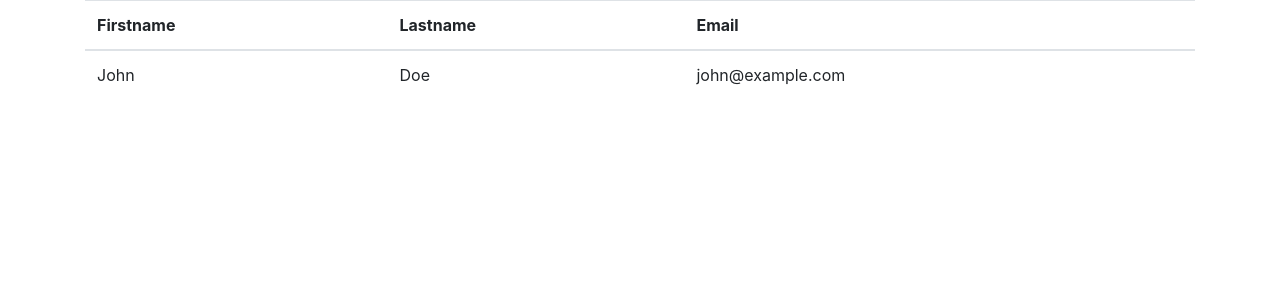
Repository: mijeon/jsp_workspace
Page: http://localhost/MVCApp3/emp/list.jsp
An editor plug-in stored every save of this project. The page is shown before and after the next save, followed by the edit.
The browser window is 1280 px wide. The pictures show the whole page.
The page is served by Tomcat 9. Other server files are loaded and not shown.

Above is the page before, as saved 2023-02-07 02:43:34.

### MVCApp3/src/main/webapp/emp/list.jsp
<%@ page contentType="text/html;charset=UTF-8"%>
<!DOCTYPE html>
<html>
<head>
<meta charset="UTF-8">
<title>Insert title here</title>
<!-- Latest compiled and minified CSS -->
<link rel="stylesheet" href="https://cdn.jsdelivr.net/npm/bootstrap@4.6.2/dist/css/bootstrap.min.css">
<!-- jQuery library -->
<script src="https://ajax.googleapis.com/ajax/libs/jquery/3.6.1/jquery.min.js"></script>
<!-- Popper JS -->
<script src="https://cdn.jsdelivr.net/npm/popper.js@1.16.1/dist/umd/popper.min.js"></script>
<!-- Latest compiled JavaScript -->
<script src="https://cdn.jsdelivr.net/npm/bootstrap@4.6.2/dist/js/bootstrap.bundle.min.js"></script>
</head>
<body>
	<div class="container">
		<div class="row">
			<div class="col">
				<table class="table table-hover">
					<thead>
						<tr>
							<th>Firstname</th>
							<th>Lastname</th>
							<th>Email</th>
						</tr>
					</thead>
					<tbody>
						<tr>
							<td>John</td>
							<td>Doe</td>
							<td>john@example.com</td>
						</tr>
					</tbody>
				</table>
			</div>
		</div>
	</div>
</body>
</html>

After the next save:
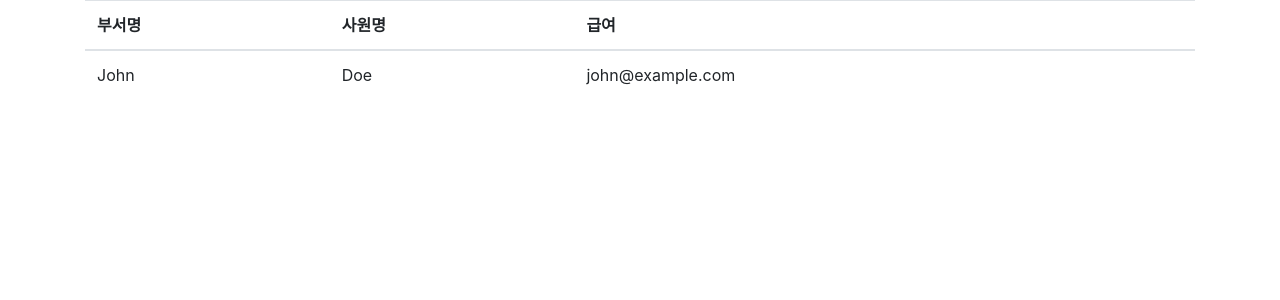
Saved 26 s later.
--- a/MVCApp3/src/main/webapp/emp/list.jsp
+++ b/MVCApp3/src/main/webapp/emp/list.jsp
@@ -20,9 +20,9 @@
 				<table class="table table-hover">
 					<thead>
 						<tr>
-							<th>Firstname</th>
-							<th>Lastname</th>
-							<th>Email</th>
+							<th>부서명</th>
+							<th>사원명</th>
+							<th>급여</th>
 						</tr>
 					</thead>
 					<tbody>
